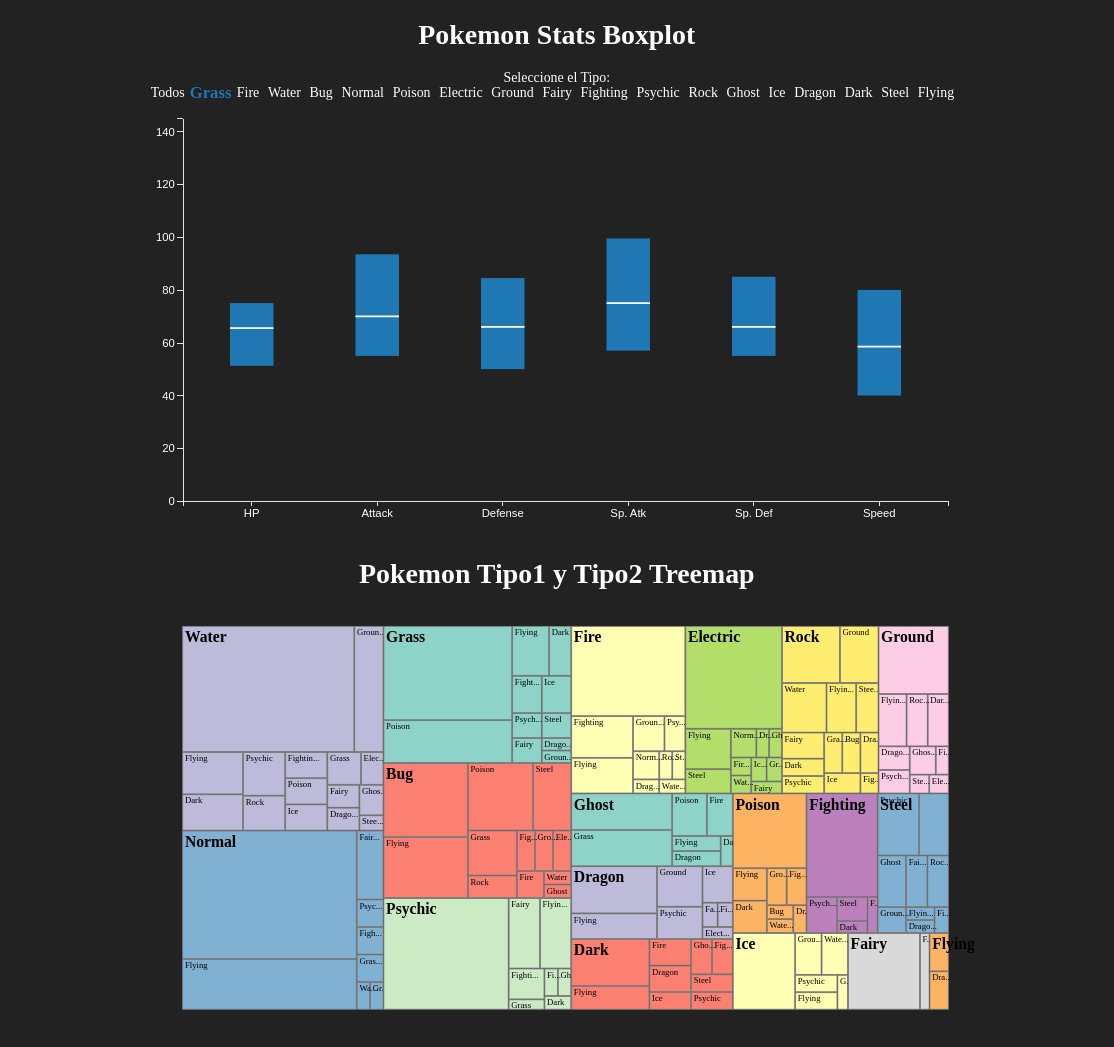
Repository: Cartterr/Proyecto-VisInfo
Page: Propuesta1_Tipos_Cajas.html
The author's editor kept a copy of each file at every save. The page is drawn from the files as they stood at one save, then again after the next save.
The browser window is 1280 px wide. The pictures show the whole page, at 87% of full size.

Above is the page before, as saved 2023-06-28 04:57:08.

After the next save:
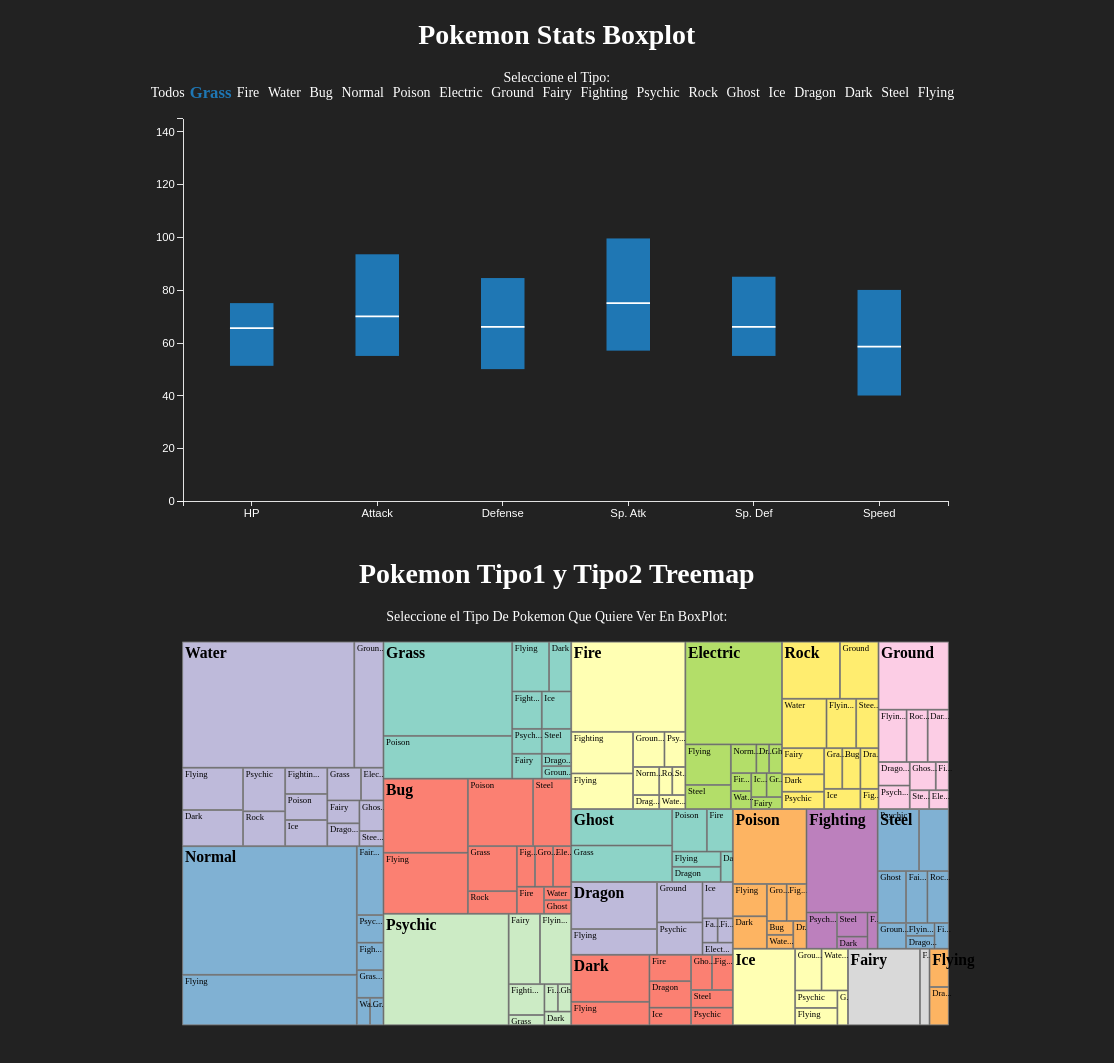
Saved 29 s later.
--- a/Propuesta1_Tipos_Cajas.html
+++ b/Propuesta1_Tipos_Cajas.html
@@ -17,6 +17,7 @@
     </div>
     <div id="boxplot"></div>
     <h1>Pokemon Tipo1 y Tipo2 Treemap</h1>
+    <label for="typeSelect">Seleccione el Tipo De Pokemon Que Quiere Ver En BoxPlot:</label>
     <div id="treemap"></div>
     <script src="Propuesta1_Tipos_Cajas.js"></script>
 </body>
